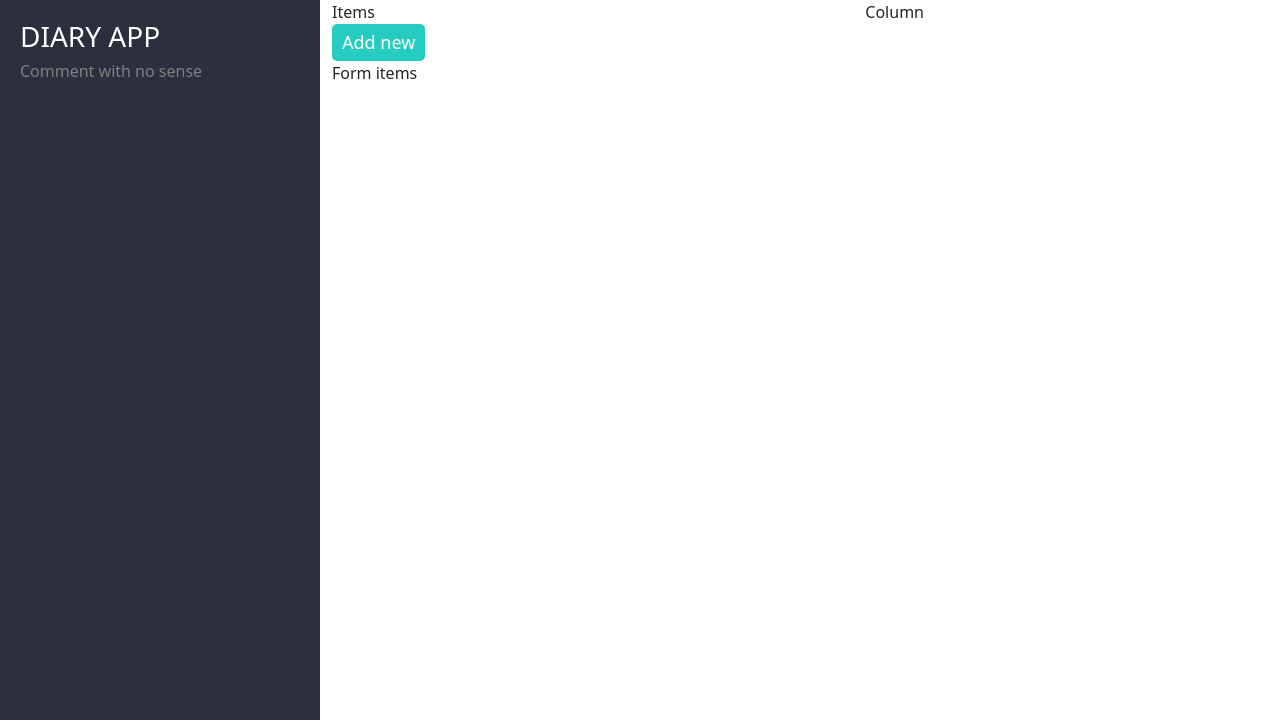
Repository: tsydikov/diary
Page: /
An editor plug-in stored every save of this project. The page is shown before and after the next save, followed by the edit.
The browser window is 1280 px wide. The pictures show the whole page.
The project was rebuilt for these pictures with package versions that can differ from the ones it lists, and the page was loaded fresh each time.

Above is the page before, as saved 2021-09-10 19:56:48.

### public/index.html
<!DOCTYPE html>
<html lang="en">
  <head>
    <meta charset="utf-8" />
    <meta name="viewport" content="width=device-width, initial-scale=1" />
    <link href="https://cdn.jsdelivr.net/npm/bootstrap@5.1.1/dist/css/bootstrap.min.css" rel="stylesheet" integrity="sha384-F3w7mX95PdgyTmZZMECAngseQB83DfGTowi0iMjiWaeVhAn4FJkqJByhZMI3AhiU" crossorigin="anonymous">
    <title>Diary App</title>
  </head>
  <body>
    <noscript>You need to enable JavaScript to run this app.</noscript>
    <div id="root"></div>
  </body>
</html>

### src/App.js
import React, { useState } from "react";
import Button from "./UI/Buttons/Button";
import Navbar from "./UI/Navbar/Navbar";
import './styles/App.css'
import Item from "./components/Item";

function App() {
  const [items, setItems] = useState([
    {id:1, title: 'regular item', comments:[1,2,3,4,5]},
    {id:1, title: 'regular item', comments:[1,2,3,4]},
    {id:1, title: 'regular item', comments:[1,2,3]},
    {id:1, title: 'regular item', comments:[1,2]},

  ])
  return (
    <div class="container-fluid" >
      <div class="row " >
        <div class="col-3 px-0" >
          <Navbar />
        </div>
        <div class="col-5">
          Items
          <div><Button>Add new</Button></div>Form
         items
        </div>
        <div class="col-4">
          Column
    </div>
      </div>
    </div>
  );
}

export default App;

### src/UI/Buttons/Button.jsx
import React from 'react'
import cl from "./Button.module.css";

const Button = ({ children, ...props }) => {
    return (
        <button {...props} className={cl.Btn}>
            {children}
        </button>
    )
}

export default Button;

### src/UI/Navbar/Navbar.jsx
import React from 'react';
import cl from './Navbar.module.css'
// style={{background:'red'}}
const Navbar = () => {
    return (
        <div className={cl.container} >
            <h1>diary app</h1>
            <h3>Comment with no sense</h3>
        </div>
    );
};

export default Navbar;

### src/styles/App.css
* {
    margin: 0;
    padding: 0;
    box-sizing: border-box;
}

#root {
    display: flex;
    flex-direction: column;
    align-items: center;
}

.item_cotainer {
    display: flex;
    justify-content: space-between;
    align-items: center;
    padding: 5px 0;
}

### src/UI/Buttons/Button.module.css
.Btn {
    padding: 5px 10px;
    color: white;
    font-size: 18px;
    border: none;
    cursor: pointer;
    background-color: #27ccc0;
    border-radius: 5px;
    display:flex;
    align-items:stretch;
    text-align: center;
}
.BtnDel {
    padding: 5px 10px;
    color: #ff2f5a;
    font-size: 18px;
    border: 2px solid #ff2f5a;
    cursor: pointer;
    background-color: white;
    border-radius: 5px;
    display:flex;
    align-items:stretch;
    text-align: center;
}

/* .BtnCancel svg {
    height: 1rem;
    padding-right: 5px;
    padding-bottom: 3px;
} */

### src/UI/Navbar/Navbar.module.css
.container {
    background: #2b2f3e;
    height: 100vh;
    padding: 20px;
    /* width: initial; */
}

.container h1 {
    text-transform: uppercase;
    color:white;
    font-size: 28px;
    font-weight:200;
}

.container h3 {
    color:grey;
    font-size: 16px;
    font-weight:200;
}

### src/components/Item.jsx
import React from 'react';
import ButtonDelete from '../UI/Buttons/ButtonDelete';

const Item = () => {
    return (
        <div className="item_cotainer">
              <div>
                POST<span>123</span>
              </div>
              <ButtonDelete>
                Delete
                </ButtonDelete>
            </div>
    );
};

export default Item;

### src/UI/Buttons/ButtonDelete.jsx
import React from 'react'
import cl from "./Button.module.css";

const ButtonDelete = ({ children, ...props }) => {
    return (
        <button {...props} className={cl.BtnDel}>
            {children}
        </button>
    )
}

export default ButtonDelete;

Loaded but not shown: src/index.js (common file)

After the next save:
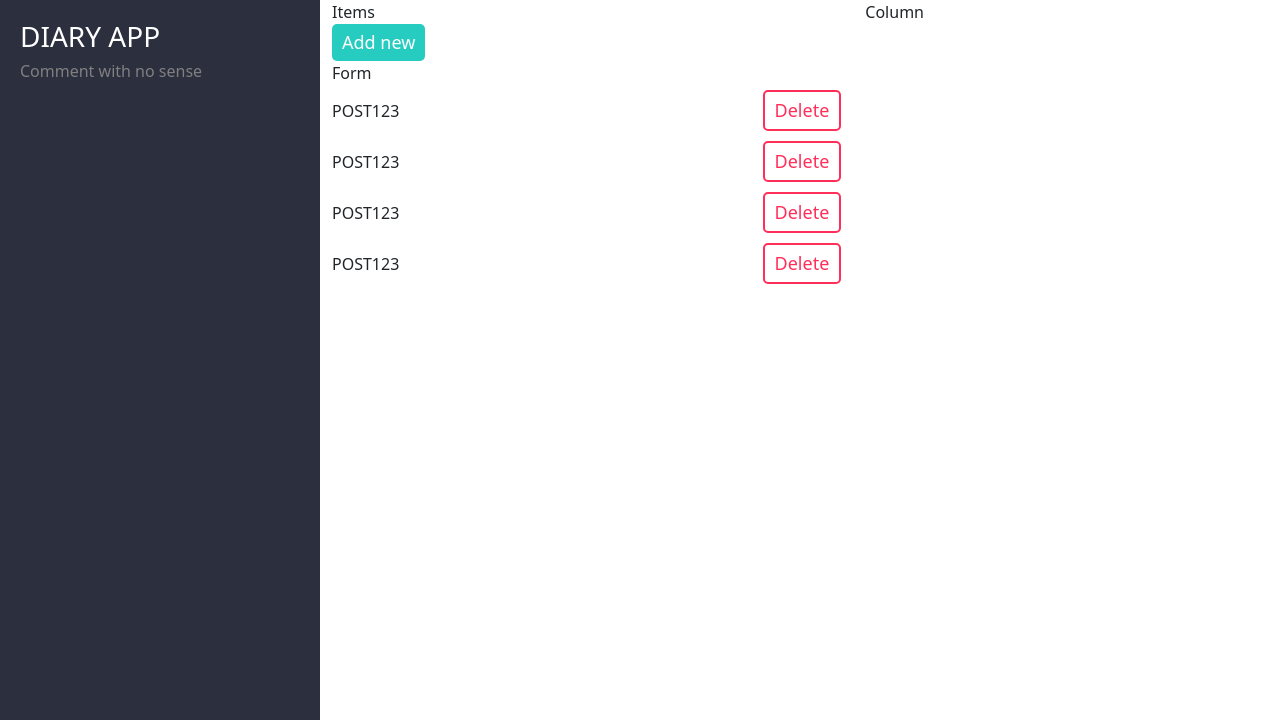
Saved 51 s later.
--- a/src/App.js
+++ b/src/App.js
@@ -21,7 +21,9 @@ function App() {
         <div class="col-5">
           Items
           <div><Button>Add new</Button></div>Form
-         items
+         {items.map(item =>
+          <Item item={item} />
+          )}
         </div>
         <div class="col-4">
           Column
